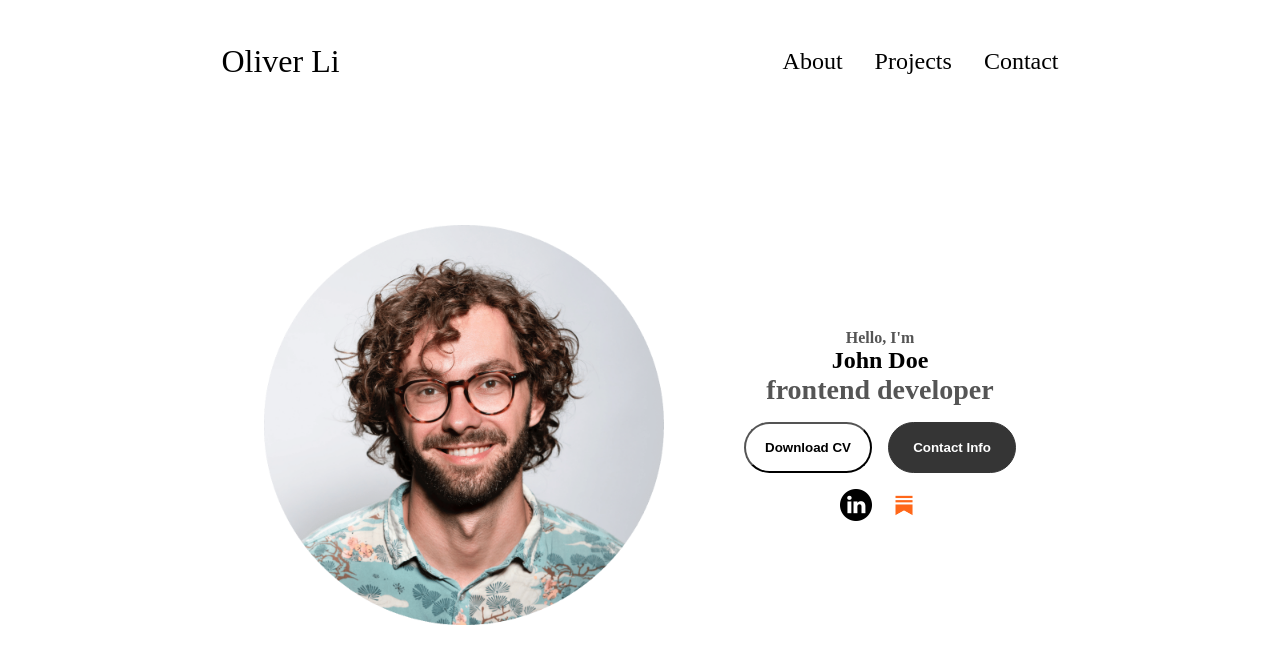
Repository: oliverli1728/portfolio
Page: index.html
The author's editor kept a copy of each file at every save. The page is drawn from the files as they stood at one save, then again after the next save.
The browser window is 1280 px wide. The pictures show the whole page.
Some web fonts or font styles are not loaded; a fallback is used.

Above is the page before, as saved 2025-09-25 21:15:53.
Console error (its wording comes from the project's code and is left out).

After the next save:
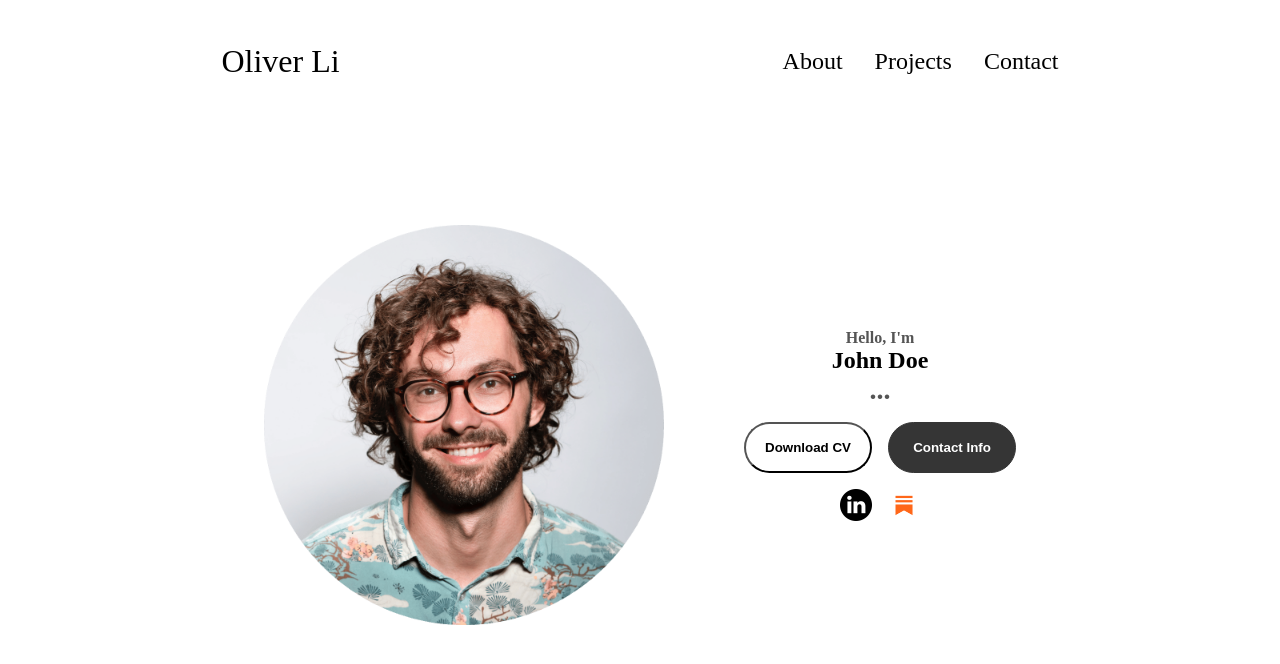
Saved 29 s later.
--- a/index.html
+++ b/index.html
@@ -40,7 +40,7 @@
         <div class="section__text">
             <p class="section__text__p1">Hello, I'm</p>
             <h1 class="Title">John Doe</h1>
-            <p class="section__text__p2">frontend developer</p>
+            <p class="section__text__p2">...</p>
             <div class="btn-container">
                 <button class="btn btn-color-2"
                 onclick="window.open('./assets/resume-example.pdf')">Download CV
